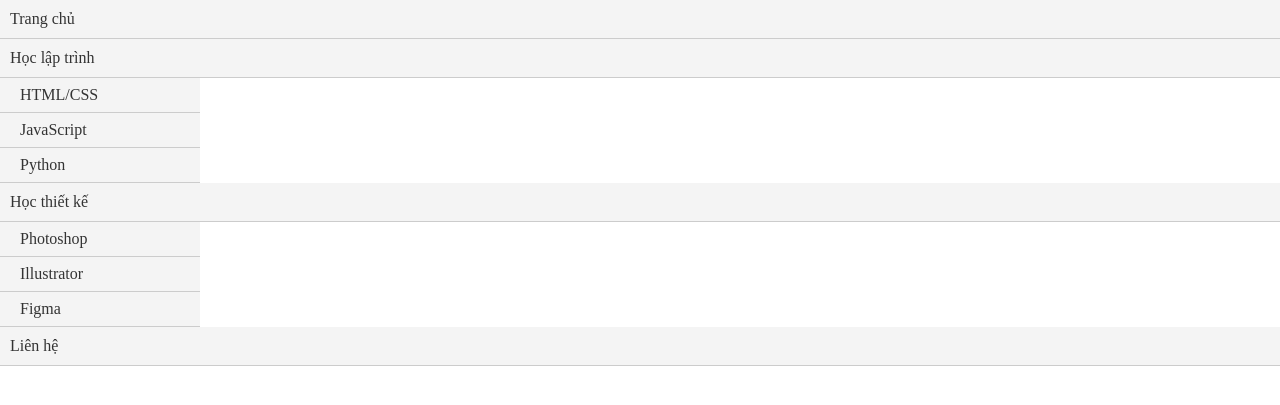
Repository: G1tHub-zer0/BTTH
Page: BTCSS/bai16+20.html
An editor plug-in stored every save of this project. The page is shown before and after the next save, followed by the edit.
The browser window is 1280 px wide. The pictures show the whole page.

Above is the page before, as saved 2024-03-22 19:23:19.

After the next save:
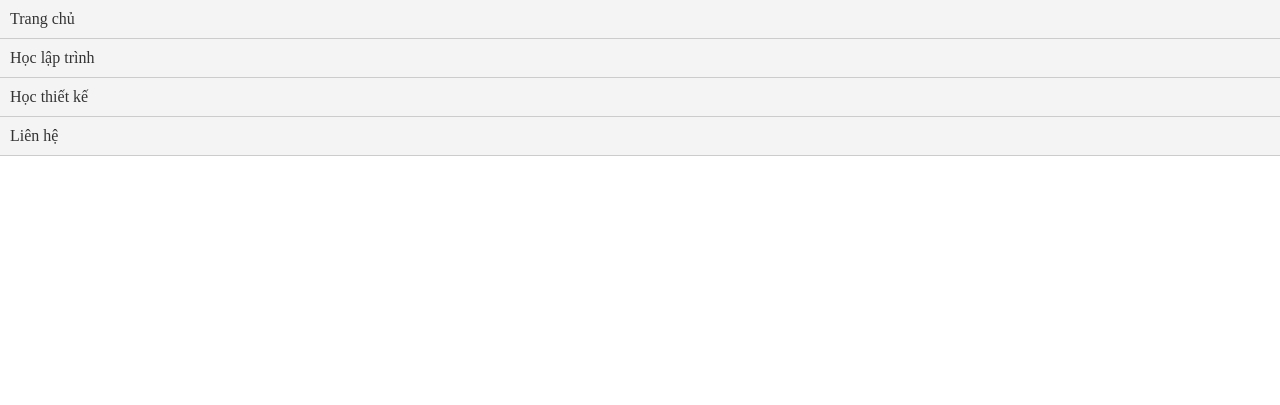
Saved 15 s later.
--- a/BTCSS/bai16+20.css
+++ b/BTCSS/bai16+20.css
@@ -26,7 +26,7 @@ body {
   background-color: #ddd;
 }
 
-.submenu ul ul {
+.submenu {
   position: absolute;
   top: 0;
   left: 100%;
@@ -42,6 +42,6 @@ body {
   padding: 8px 20px;
 }
 
-.menu ul li:hover > .submenu {
+.menu:hover > .submenu {
   display: block;
 }
